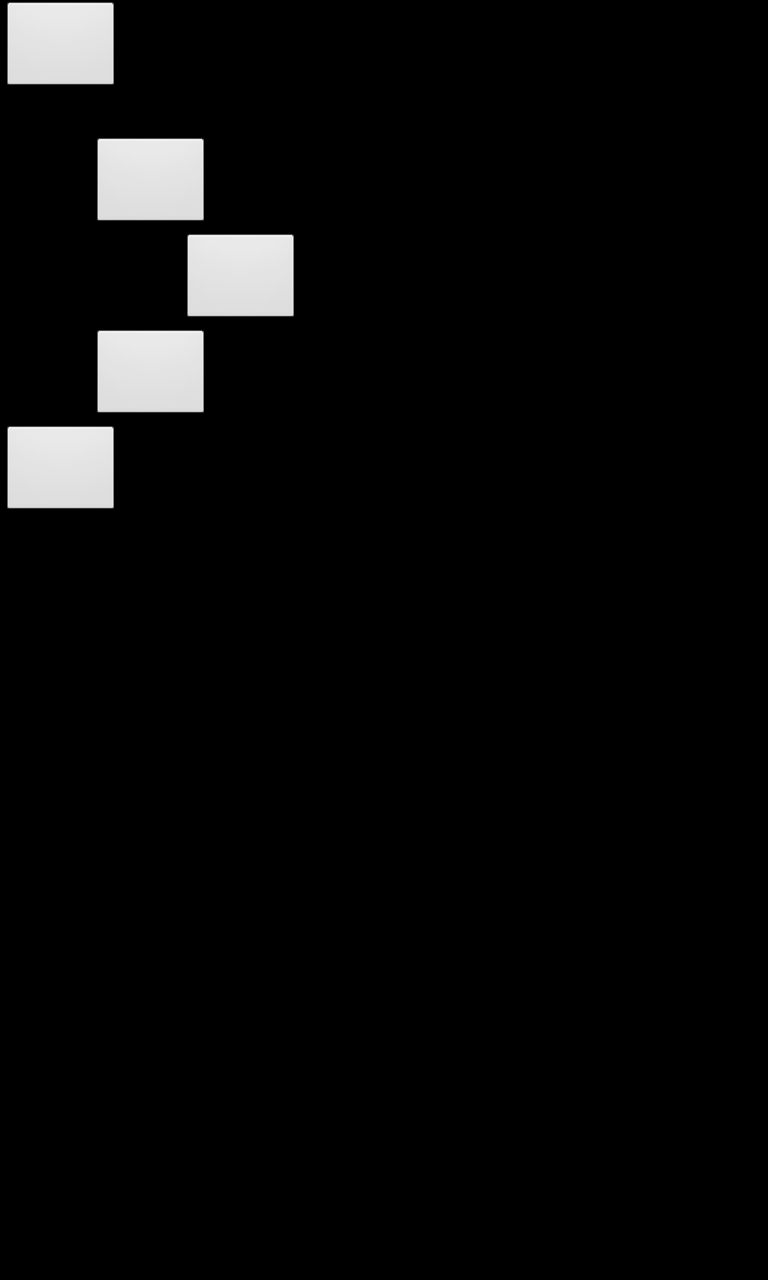
Repository: androportal/APL-apk
Layout: test/imagebuttons/res/layout/main.xml
These files come from the project's save history. The layout is drawn as it stood at one moment and after the next save; the edit follows.
It is drawn on a 768 x 1280 px phone screen (xhdpi) without system bars, with theme android:Theme; the app's code is not run.

Above is the layout before, as saved 2012-05-21 18:06:58.

### test/imagebuttons/res/layout/main.xml
<?xml version="1.0" encoding="utf-8"?>
<LinearLayout xmlns:android="http://schemas.android.com/apk/res/android"
    android:layout_width="fill_parent"
    android:layout_height="fill_parent"
    android:orientation="vertical" >

    <ImageButton
        android:id="@+id/ImageButton07"
        android:layout_width="61dp"
        android:layout_height="wrap_content"
        android:layout_margin="0dp"
        android:src="@drawable/i" />

    <ImageButton
        android:id="@+id/ImageButton06"
        android:layout_width="61dp"
        android:layout_height="wrap_content"
        android:src="@drawable/i"
        android:tint="#067837"
        android:layout_marginLeft="45dp"
        android:layout_marginTop="20dp"
        />

    <ImageButton
        android:id="@+id/ImageButton05"
        android:layout_width="61dp"
        android:layout_height="wrap_content"
        android:src="@drawable/i"
         android:layout_marginLeft="90dp"/>

    <ImageButton
        android:id="@+id/ImageButton03"
        android:layout_width="61dp"
        android:layout_height="wrap_content"
        android:src="@drawable/i"
      android:layout_marginLeft="45dp"/>

    <ImageButton
        android:id="@+id/ImageButton04"
        android:layout_width="61dp"
        android:layout_height="wrap_content"
        android:src="@drawable/i"
         android:layout_marginLeft="0dp"/>

</LinearLayout>

### test/imagebuttons/res/drawable/i.xml
<?xml version="1.0" encoding="utf-8"?>
<selector xmlns:android="http://schemas.android.com/apk/res/android" >
    <item
        android:state_pressed="true"
        android:drawable="@drawable/button_pressed"
      >
     <item android:state_focused="true"

           android:drawable="@drawable/button_focussed" /> <!-- focused -->
     <item android:drawable="@drawable/button_normal"/> </item>
     </selector>

After the next save:
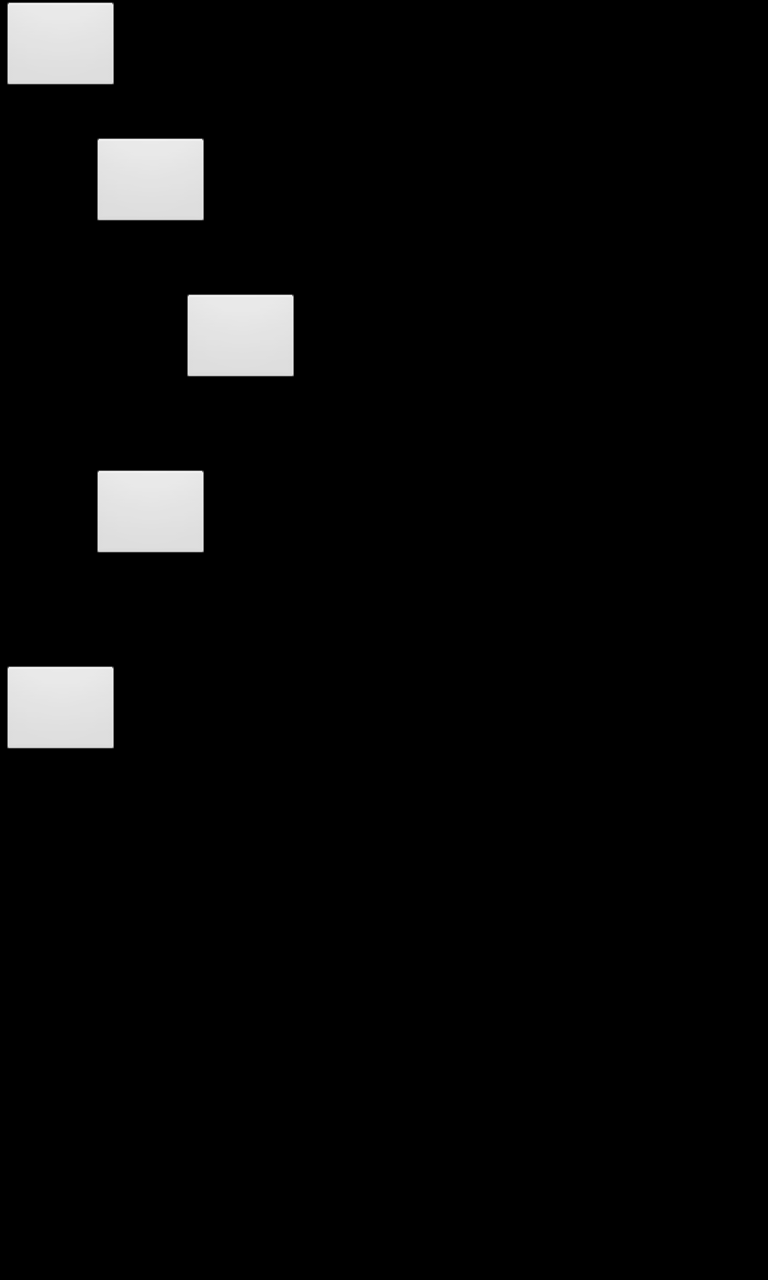
Saved 46 s later.
--- a/test/imagebuttons/res/layout/main.xml
+++ b/test/imagebuttons/res/layout/main.xml
@@ -9,6 +9,7 @@
         android:layout_width="61dp"
         android:layout_height="wrap_content"
         android:layout_margin="0dp"
+         android:layout_marginTop="10dp"
         android:src="@drawable/i" />
 
     <ImageButton
@@ -26,20 +27,23 @@
         android:layout_width="61dp"
         android:layout_height="wrap_content"
         android:src="@drawable/i"
-         android:layout_marginLeft="90dp"/>
+         android:layout_marginLeft="90dp"
+          android:layout_marginTop="30dp"/>
 
     <ImageButton
         android:id="@+id/ImageButton03"
         android:layout_width="61dp"
         android:layout_height="wrap_content"
         android:src="@drawable/i"
-      android:layout_marginLeft="45dp"/>
+      android:layout_marginLeft="45dp"
+       android:layout_marginTop="40dp"/>
 
     <ImageButton
         android:id="@+id/ImageButton04"
         android:layout_width="61dp"
         android:layout_height="wrap_content"
         android:src="@drawable/i"
-         android:layout_marginLeft="0dp"/>
+         android:layout_marginLeft="0dp"
+          android:layout_marginTop="50dp"/>
 
 </LinearLayout>
